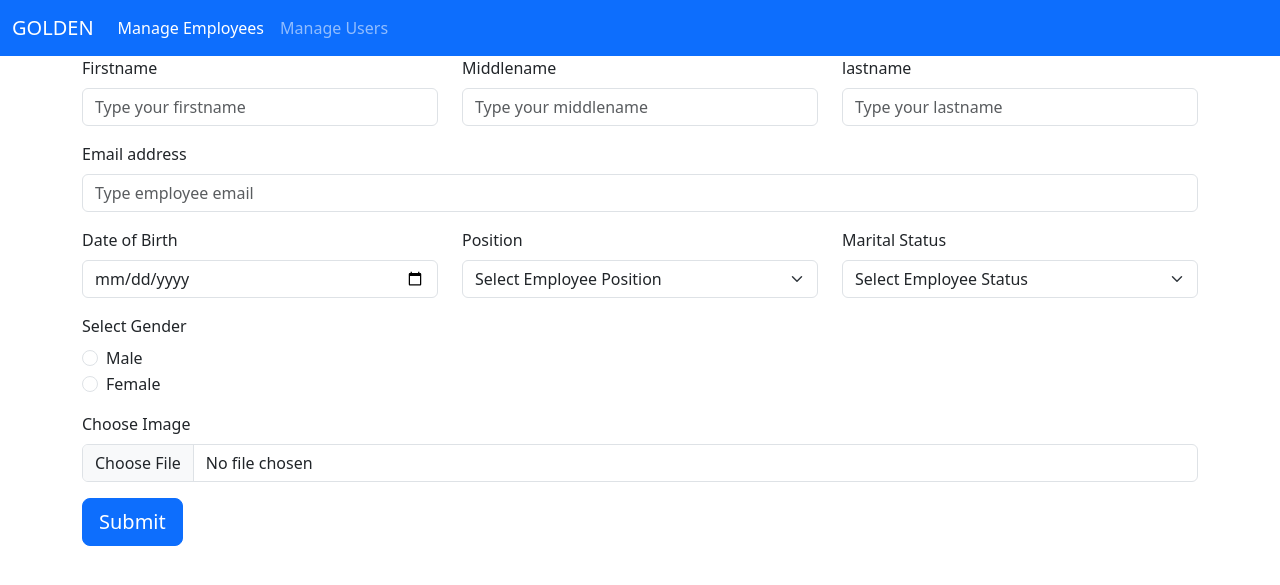
Repository: owuraku/DBC28.1
Page: http://localhost/employees/create
These files come from the project's save history. The page is drawn as it stood at one moment and after the next save; the edit follows.
The browser window is 1280 px wide. The pictures show the whole page.
The page is served by the project's Laravel application, run on PHP 8.4 with Laravel 10.

Above is the page before, as saved 2023-05-24 11:59:36.

After the next save:
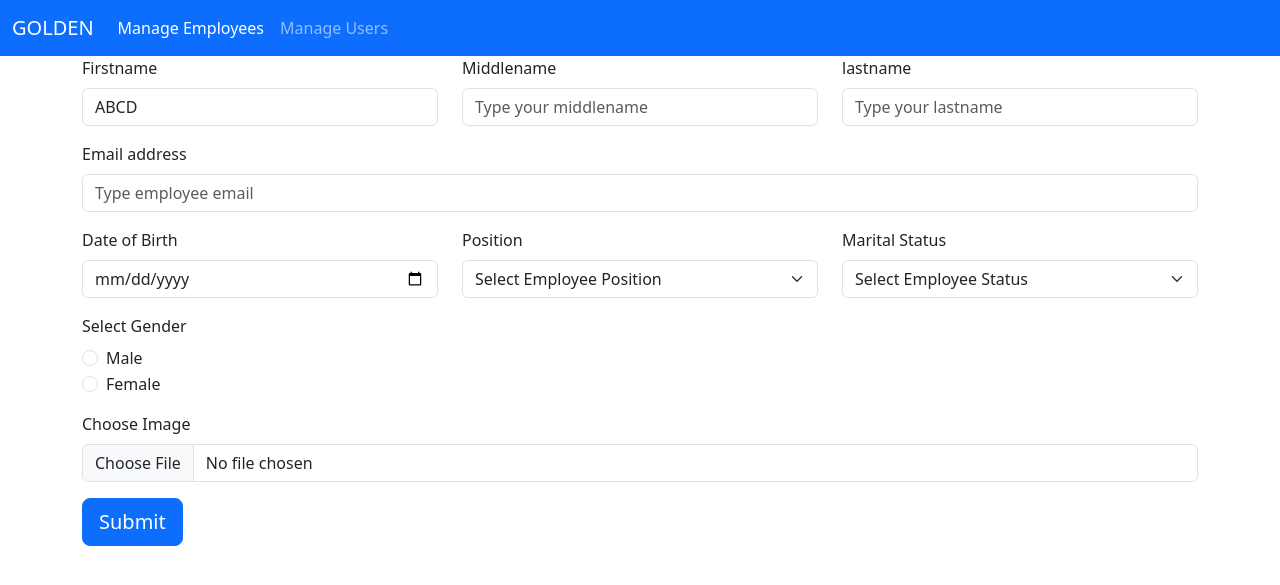
Saved 5 min 20 s later.
--- a/resources/views/employees/form.blade.php
+++ b/resources/views/employees/form.blade.php
@@ -19,7 +19,7 @@
             <div class="col">
                 <label for="firstname" class="form-label">Firstname</label>
                 <input type="text" class="form-control @error('firstname') is-invalid @enderror" name="firstname"
-                    placeholder="Type your firstname">
+                    placeholder="Type your firstname" value="ABCD">
                 @error('firstname')
                     <div class="text-danger">{{ $message }}</div>
                 @enderror

After the save that followed:
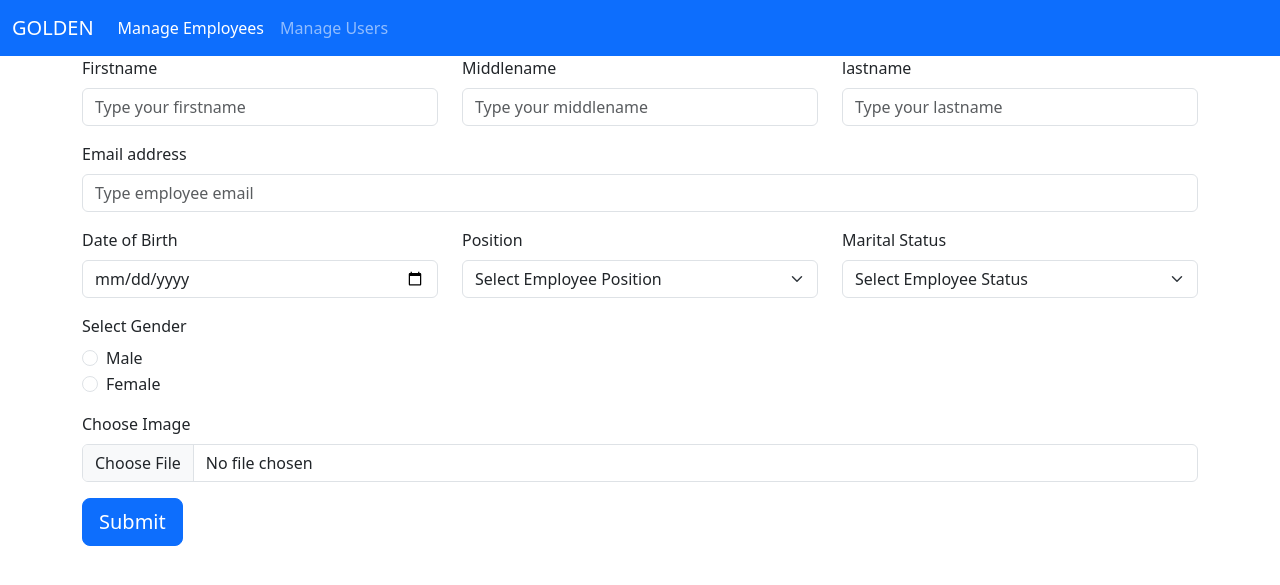
Saved 20 s later.
--- a/resources/views/employees/form.blade.php
+++ b/resources/views/employees/form.blade.php
@@ -19,7 +19,7 @@
             <div class="col">
                 <label for="firstname" class="form-label">Firstname</label>
                 <input type="text" class="form-control @error('firstname') is-invalid @enderror" name="firstname"
-                    placeholder="Type your firstname" value="ABCD">
+                    placeholder="Type your firstname" value="">
                 @error('firstname')
                     <div class="text-danger">{{ $message }}</div>
                 @enderror
